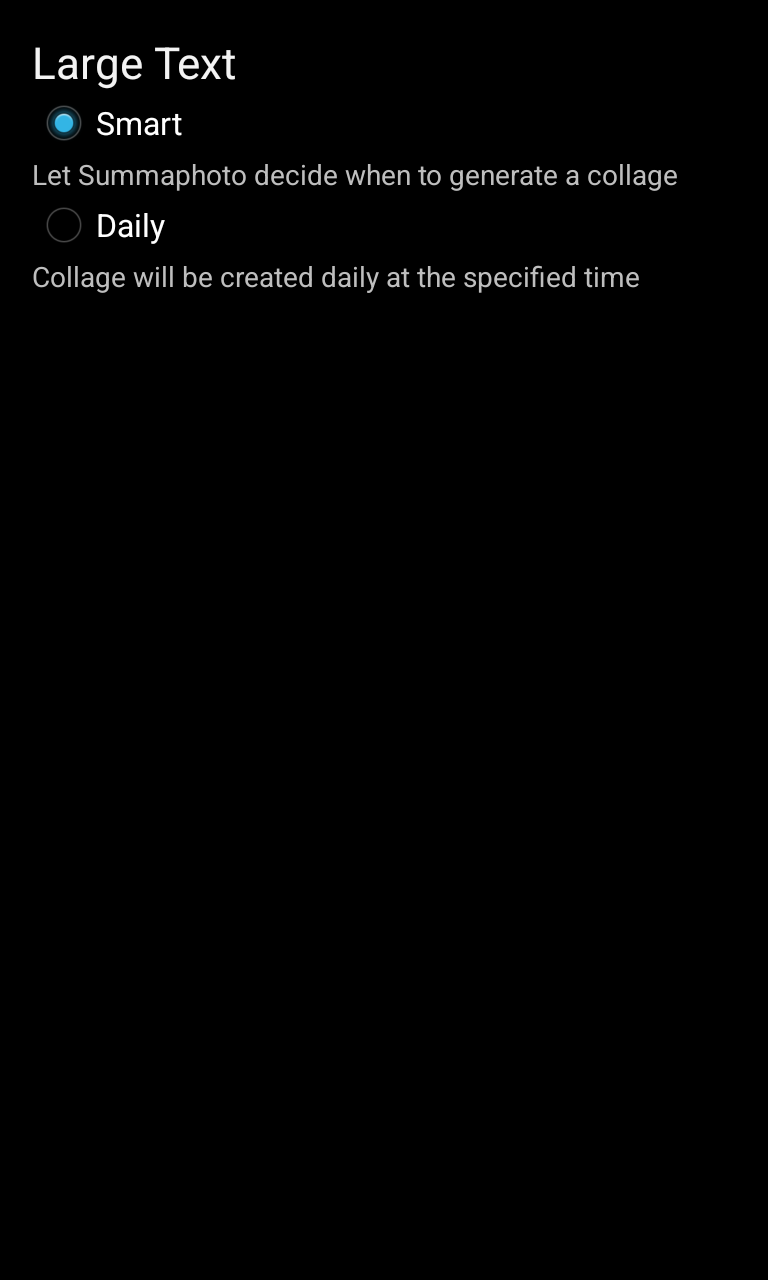
Repository: ulugbekjs/SummaPhoto
Layout: Workshop/res/layout/activity_settings.xml
The author's editor kept a copy of each file at every save. The layout is drawn from the files as they stood at one save, then again after a run of saves.
It is drawn on a 768 x 1280 px phone screen (xhdpi) without system bars, with theme SummaPhotoTheme; the app's code is not run.

Above is the layout before, as saved 2013-08-12 11:59:11.

### Workshop/res/layout/activity_settings.xml
<RelativeLayout xmlns:android="http://schemas.android.com/apk/res/android"
    xmlns:tools="http://schemas.android.com/tools"
    android:layout_width="match_parent"
    android:layout_height="match_parent"
    android:paddingBottom="@dimen/activity_vertical_margin"
    android:paddingLeft="@dimen/activity_horizontal_margin"
    android:paddingRight="@dimen/activity_horizontal_margin"
    android:paddingTop="@dimen/activity_vertical_margin"
    tools:context=".SettingsActivity" >

    <RadioGroup
        android:id="@+id/radioMode"
        android:layout_width="wrap_content"
        android:layout_height="wrap_content" >

          <TextView
        android:id="@+id/textView1"
        android:layout_width="wrap_content"
        android:layout_height="wrap_content"
        android:text="Large Text"
        android:textAppearance="?android:attr/textAppearanceLarge" />


        <RadioButton
            android:id="@+id/radioSmart"
            android:layout_width="wrap_content"
            android:layout_height="wrap_content"
            android:checked="true"
            android:text="@string/Smart" />

        <TextView android:text="@string/SmartDescription" />




        <RadioButton
            android:id="@+id/radioDaily"
            android:layout_width="wrap_content"
            android:layout_height="wrap_content"
            android:text="@string/Daily" />

        <TextView android:text="@string/DailyDescription" />
    </RadioGroup>


</RelativeLayout>

### Workshop/res/values-v11/themes.xml
<?xml version="1.0" encoding="utf-8"?>
<resources>
     <style name="SummaPhotoTheme" parent="@android:style/Theme.Holo">
        <!-- Any customizations for your app running on 3.0+ devices here -->
    </style>
</resources>

### Workshop/res/values-v14/themes.xml
<?xml version="1.0" encoding="utf-8"?>
<resources>
    <style name="SummaPhotoTheme" parent="@android:style/Theme.Holo.NoActionBar.Fullscreen">
        <!-- Any customizations for your app running on 4.0+ devices here -->
    </style>
</resources>

### Workshop/res/values/themes.xml
<?xml version="1.0" encoding="utf-8"?>
<resources>
     <style name="SummaPhotoTheme" parent="@android:style/Theme.Dark.NoTitleBar">
        <!-- Any customizations for your app running on pre-3.0 devices here -->
    </style>
</resources>

### Workshop/res/values/strings.xml
<?xml version="1.0" encoding="utf-8"?>
<resources>

    <string name="app_name">Aworkshop</string>
    <string name="action_settings">Settings</string>
    <string name="hello_world">Hello world!</string>
    <string name="title_activity_settings">SettingsActivity</string>
    <string name="Smart">Smart</string>
    <string name="Daily">Daily</string>
    <string name="SmartDescription">Let Summaphoto decide when to generate a collage</string>
    <string name="DailyDescription">Collage will be created daily at the specified time</string>
    <string name="Mode">Mode</string>

</resources>

Loaded but not shown: Workshop/res/values/dimens.xml (common file)

After the next 2 saves:
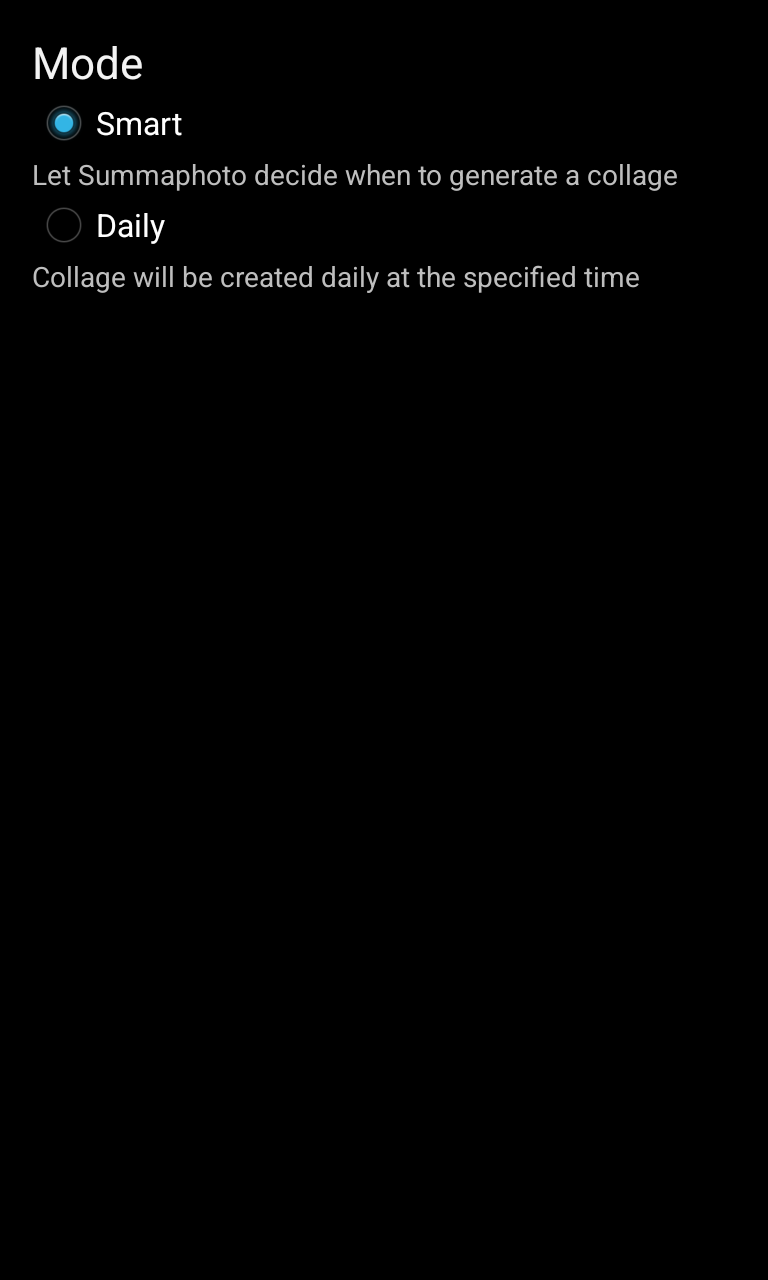
The 2 saves are shown as one change because they came seconds apart.
The last was saved 12 s later.
--- a/Workshop/res/layout/activity_settings.xml
+++ b/Workshop/res/layout/activity_settings.xml
@@ -17,7 +17,7 @@
         android:id="@+id/textView1"
         android:layout_width="wrap_content"
         android:layout_height="wrap_content"
-        android:text="Large Text"
+        android:text="@string/Mode"
         android:textAppearance="?android:attr/textAppearanceLarge" />
 
 
